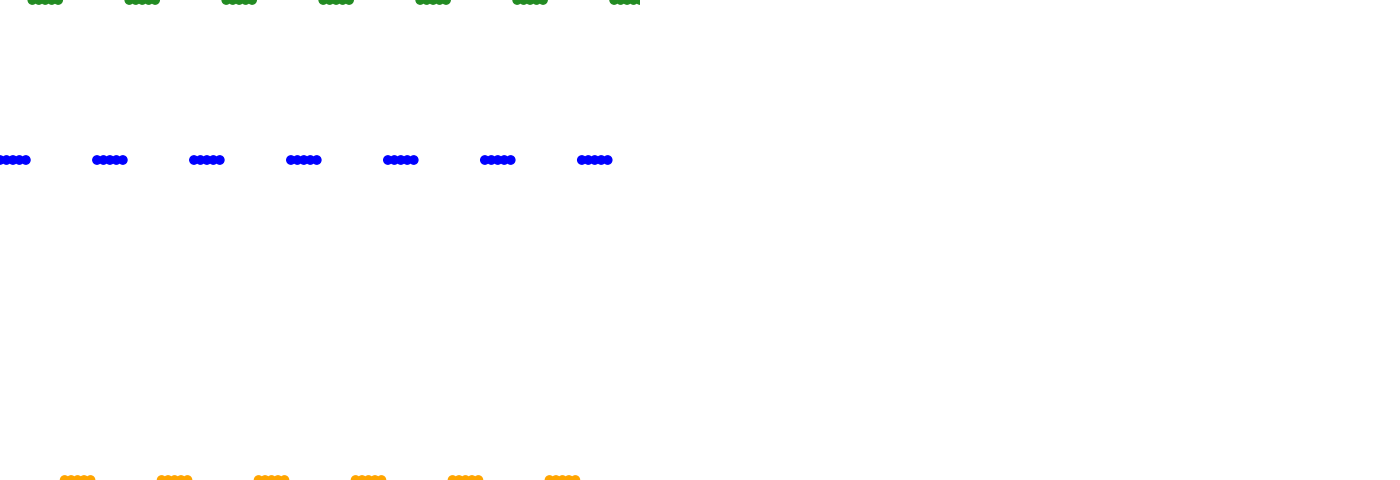
Repository: Carty-Bao/BNPHMM
Script's output: python code/synth.py
An editor plug-in stored every save of this project. The script's output is shown before and after the next save, followed by the edit.
Figures wider than 1,400 px are first shrunk to that width. Random numbers start from a fixed seed.

Above is the script's output before, as saved 2022-08-18 10:57:04.

After the next save:
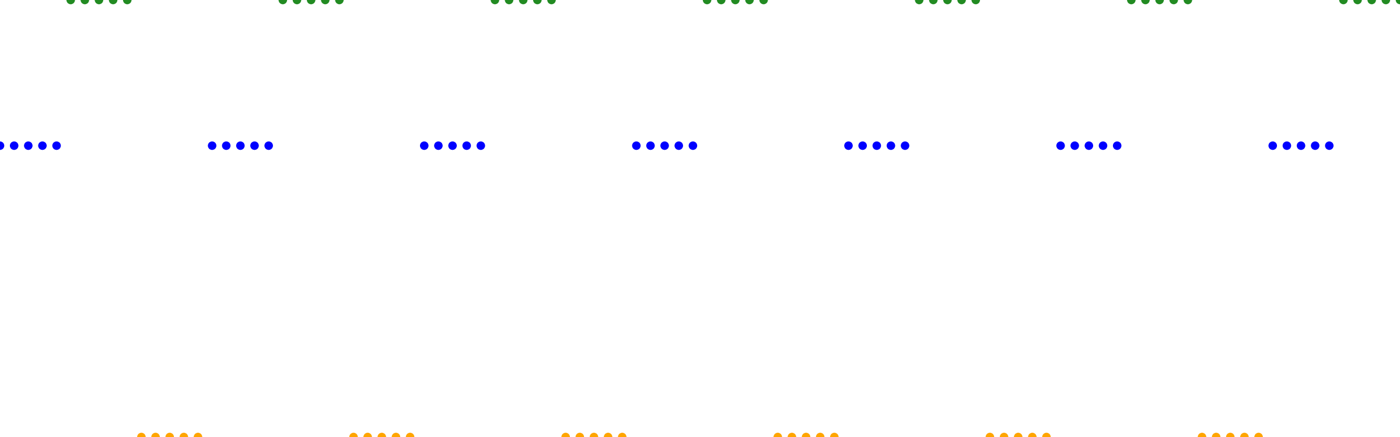
Saved 20 s later.
--- a/code/synth.py
+++ b/code/synth.py
@@ -274,7 +274,7 @@ if __name__=="__main__":
 
 
 
-    # plt.figure(dpi=150,figsize=(16,5))
+    plt.figure(dpi=150,figsize=(16,5))
     # plt.xlabel("PRI index")
     # plt.ylabel("PRI value")
     # plt.title("agile PRI")
